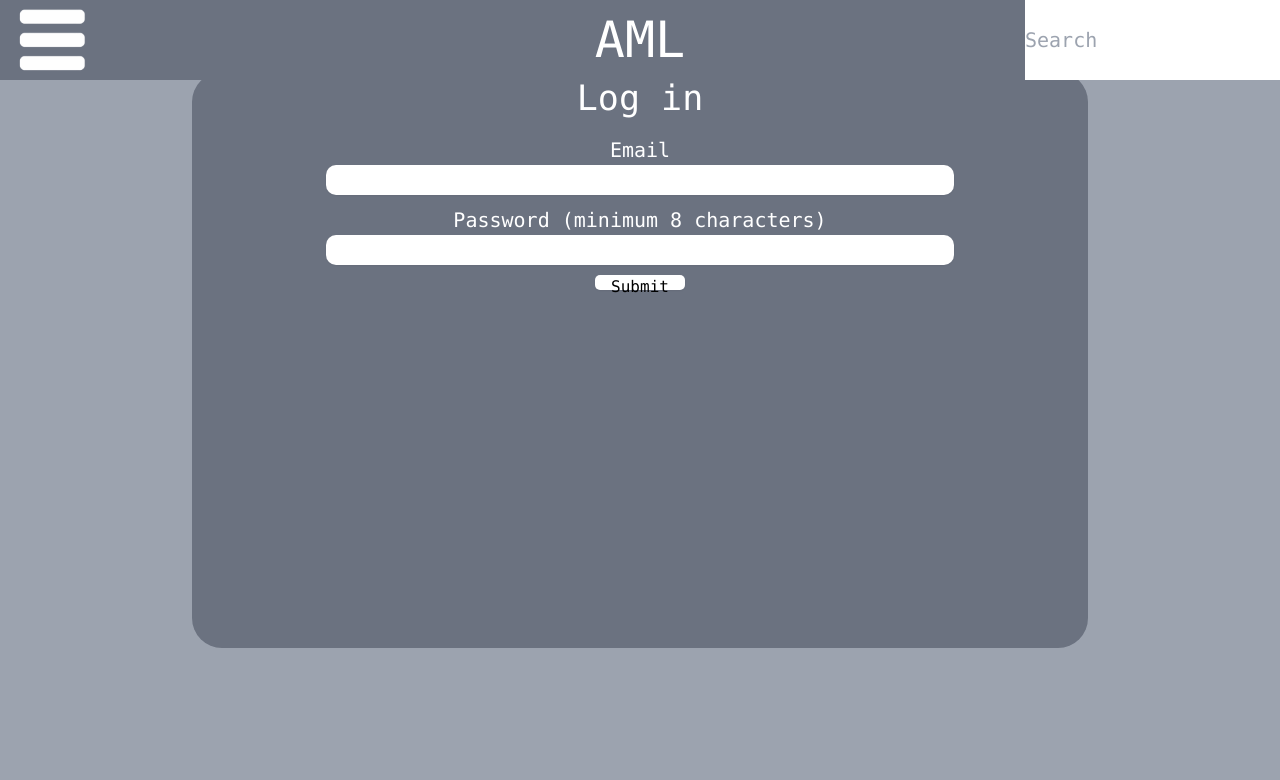
Repository: DuyKhanhDo/AML-Concept
Page: http://localhost/login
The author's editor kept a copy of each file at every save. The page is drawn from the files as they stood at one save, then again after the next save.
The browser window is 1280 px wide. The pictures show the whole page.
Some web libraries are served in a nearby version. The page is served by the project's Laravel application, run on PHP 8.4 with Laravel 12.

Above is the page before, as saved 2024-12-01 17:47:37.

After the next save:
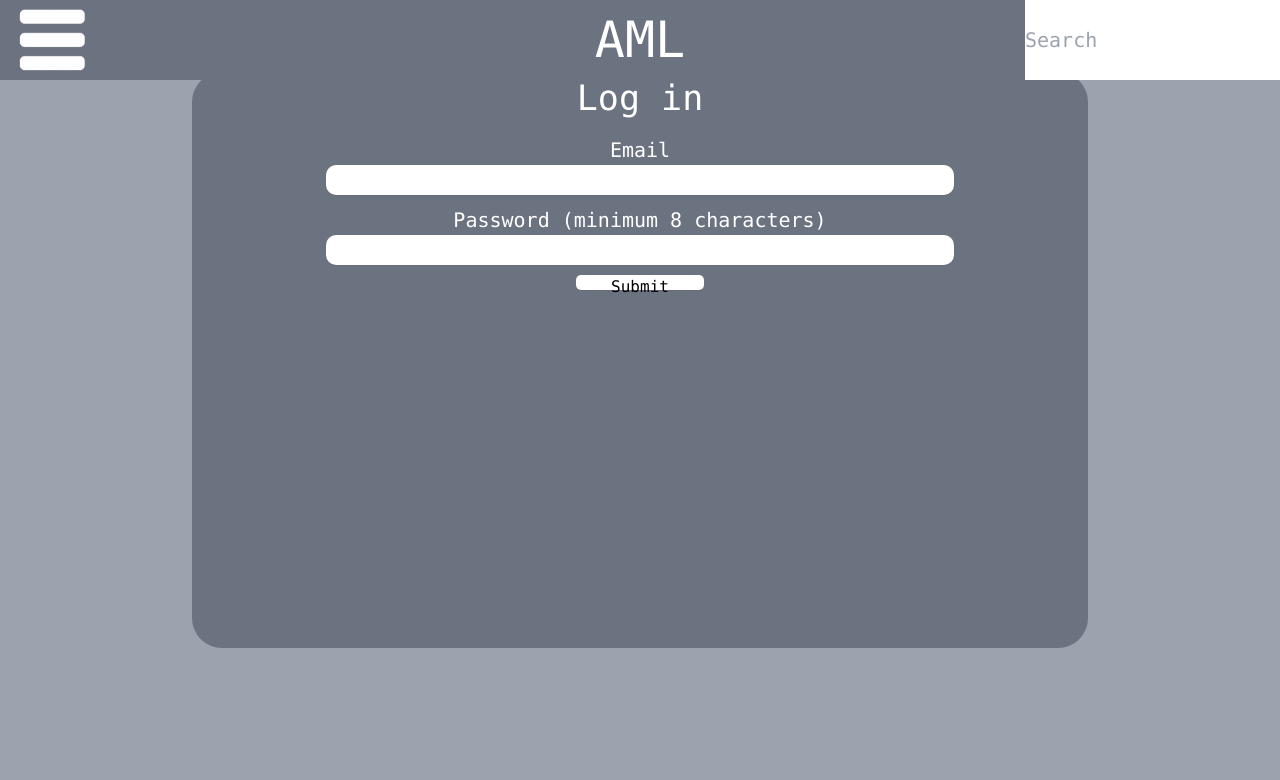
Saved 46 s later.
--- a/resources/views/components/submit-button.blade.php
+++ b/resources/views/components/submit-button.blade.php
@@ -1 +1 @@
-<button type="submit" class="bg-white w-[10%] h-[3%] rounded-[5px] shadow-sm mt-[10px] active:bg-gray-50 text-black">{{ $text }}</button>
+<button type="submit" class="bg-white w-[10vw] h-[3%] rounded-[5px] shadow-sm mt-[10px] active:bg-gray-50 text-black">{{ $text }}</button>
